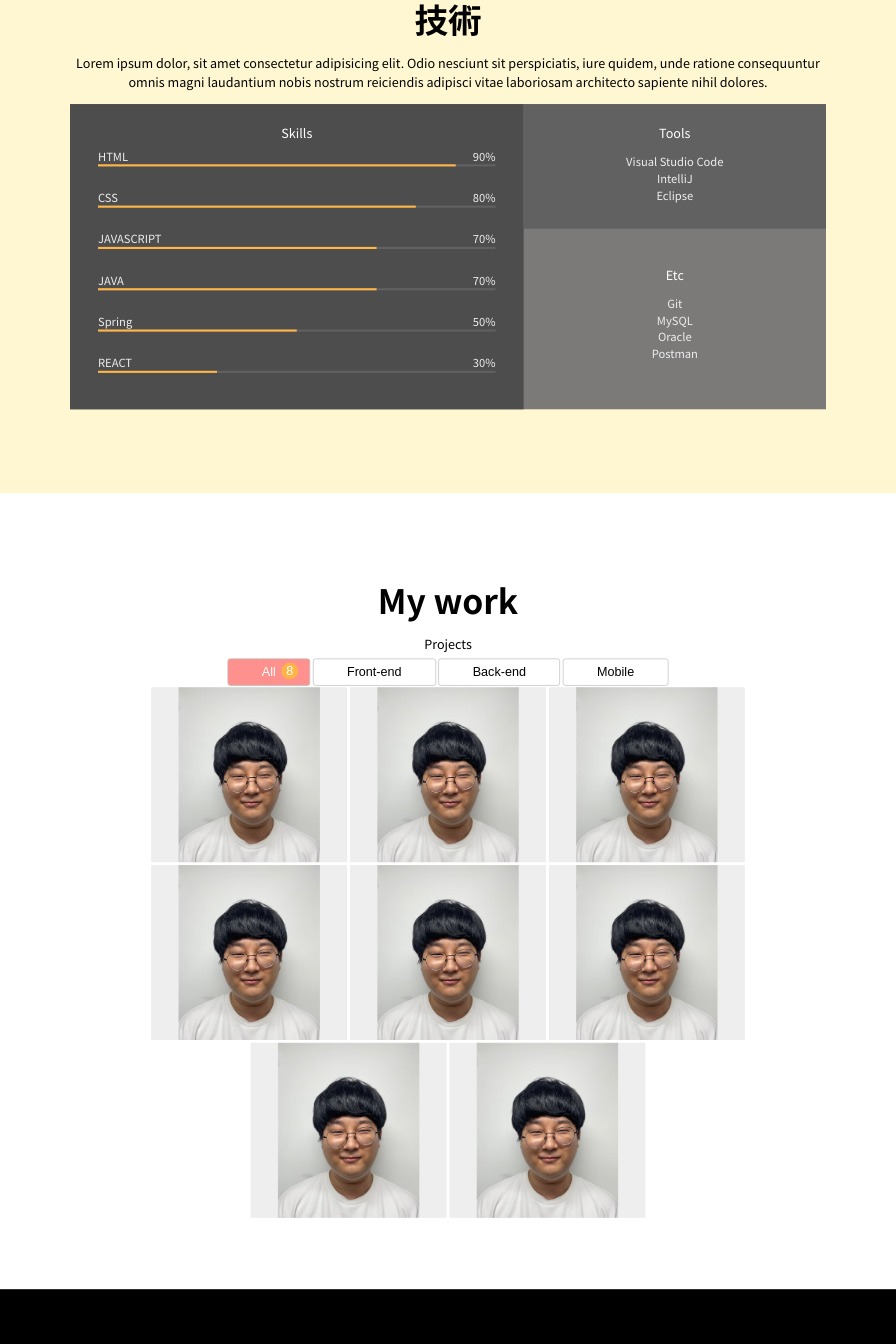
Repository: N1C0N1C0/website_introduction
Page: index.html
An editor plug-in stored every save of this project. The page is shown before and after the next save, followed by the edit.
The browser window is 1280 px wide. The pictures show the part of the page from y = 1704 to 3624 px (the page is 4068 px tall), at 70% of full size.
Some web libraries are served in a nearby version.

Above is the page before, as saved 2023-08-29 03:10:01.

After the next save:
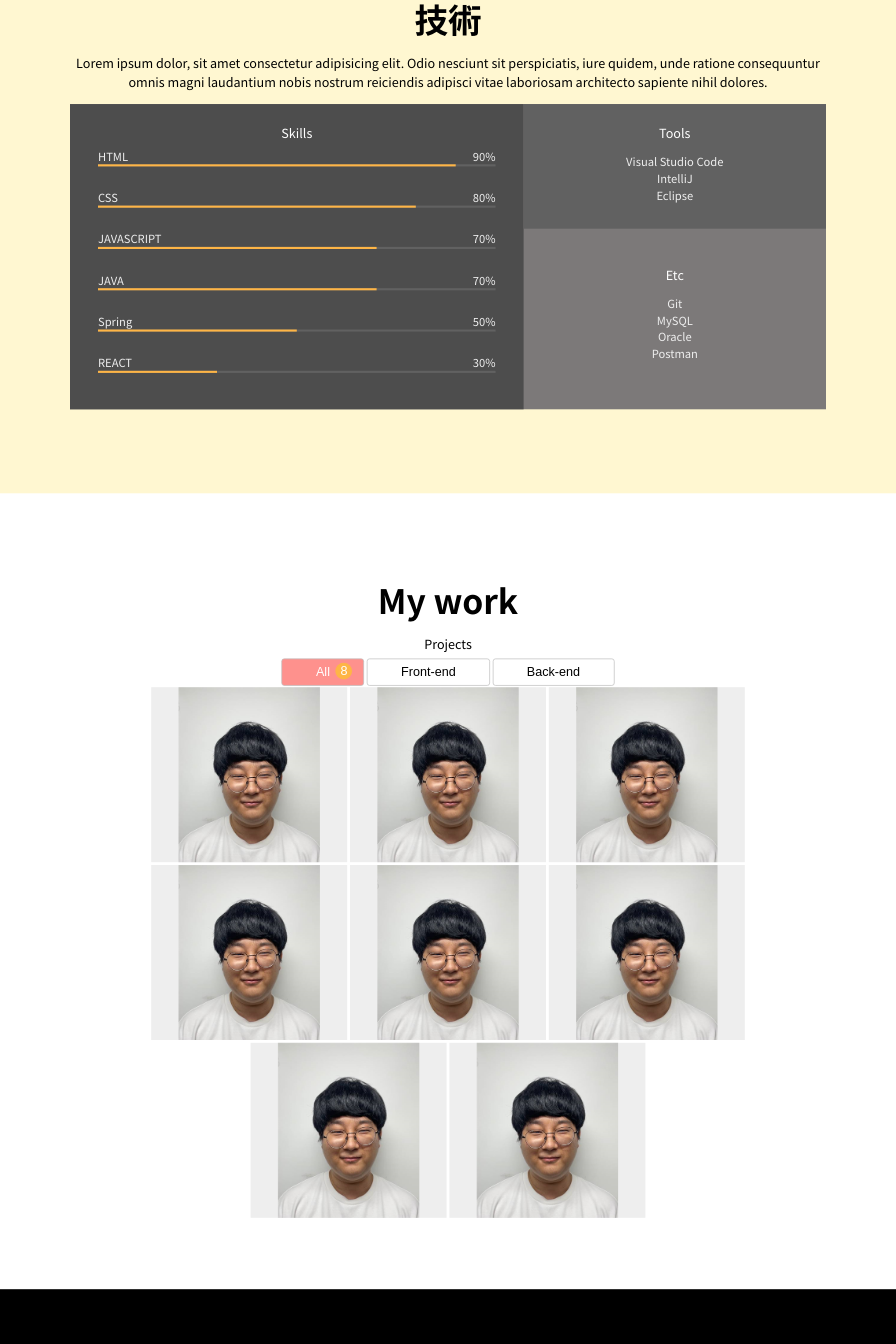
Saved 21 s later.
--- a/index.html
+++ b/index.html
@@ -196,9 +196,6 @@
         <button class="category__btn" data-filter="back-end">
           Back-end<span class="category__count">4</span>
         </button>
-        <button class="category__btn" data-filter="mobile">
-          Mobile<span class="category__count">1</span>
-        </button>
       </div>
 
       <div class="work__projects">
